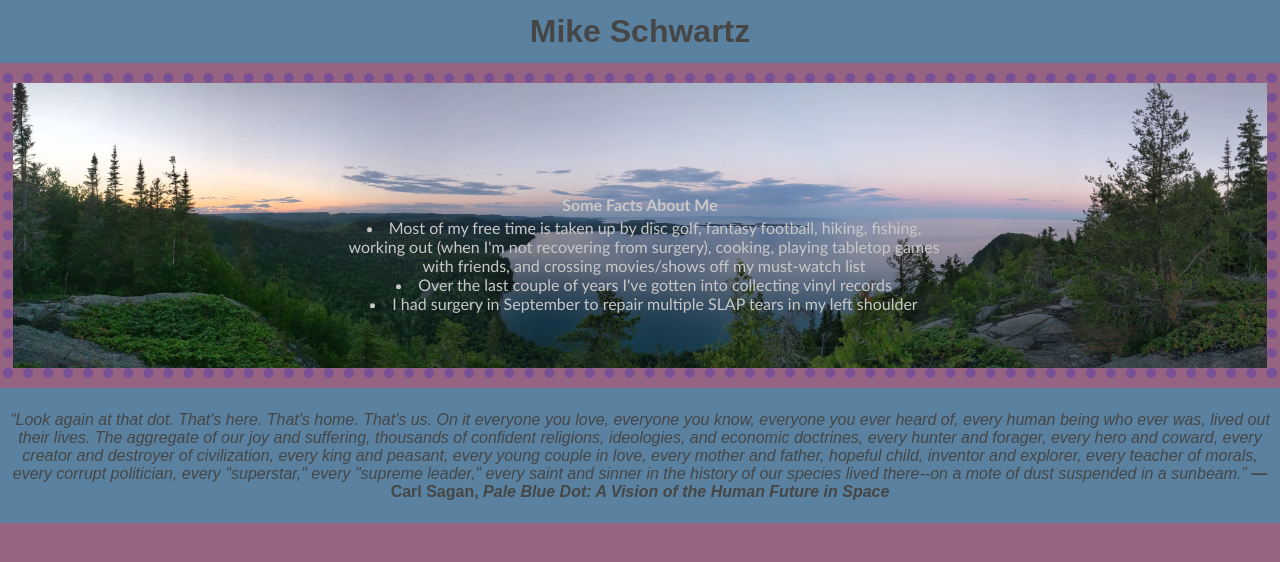
Repository: Ellusionism/prime-pw-week-1-assignment
Page: assignment/index.html
These files come from the project's save history. The page is drawn as it stood at one moment and after a run of saves; the edit follows.
The browser window is 1280 px wide. The pictures show the whole page.

Above is the page before, as saved 2022-10-26 18:05:26.

After the next 3 saves:
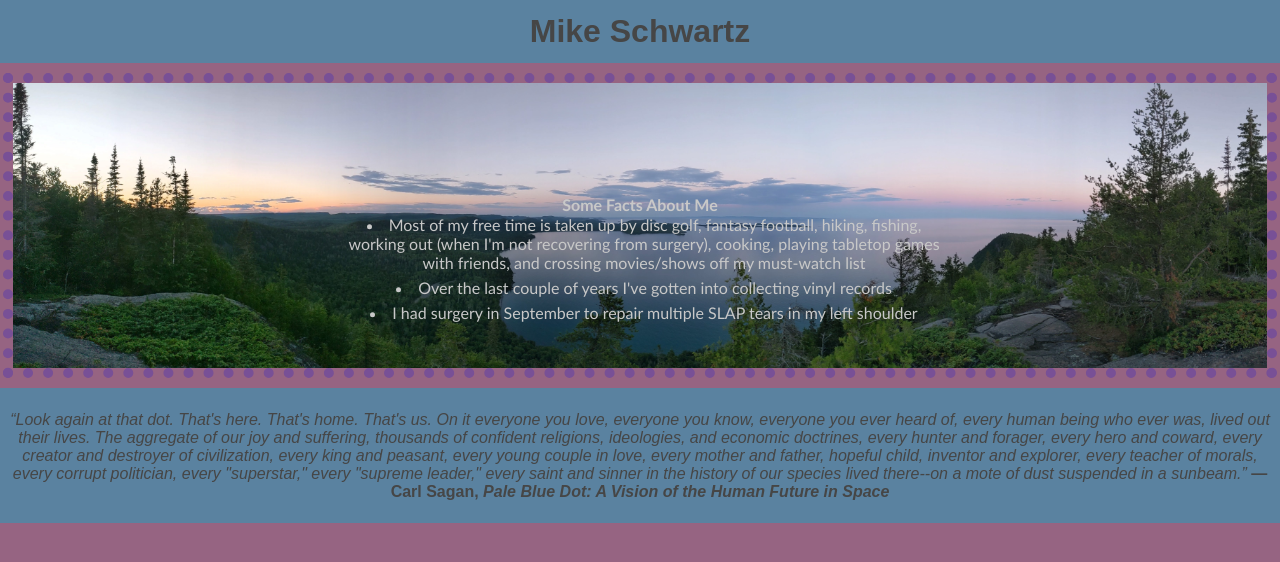
The 3 saves are shown as one change because they came seconds apart.
The last was saved 12 s later.
--- a/assignment/style.css
+++ b/assignment/style.css
@@ -67,7 +67,7 @@ header {
 }
 
 .facts-list li + li {
-
+ margin-top: 1%;
 }
 
  .container {
